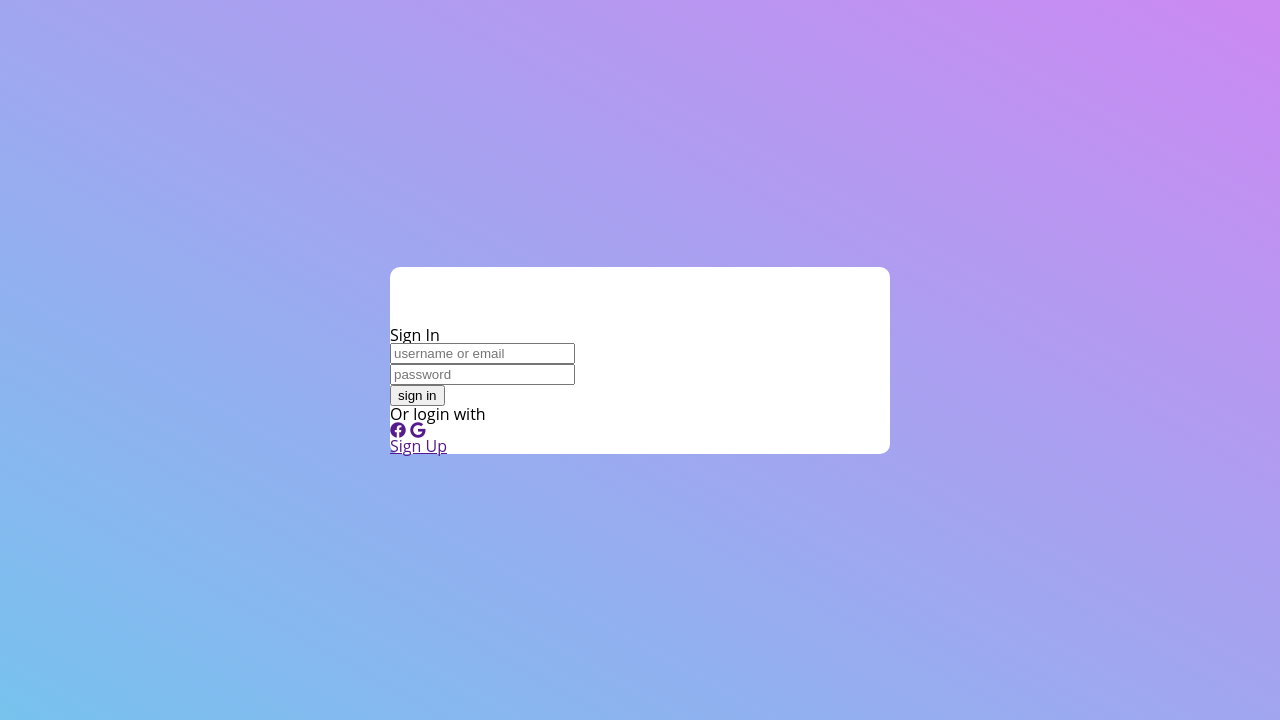
Repository: letrongtinh27/LapTrinhWeb
Page: signin/index.html
The author's editor kept a copy of each file at every save. The page is drawn from the files as they stood at one save, then again after the next save.
The browser window is 1280 px wide. The pictures show the whole page.

Above is the page before, as saved 2022-10-09 20:30:40.

After the next save:
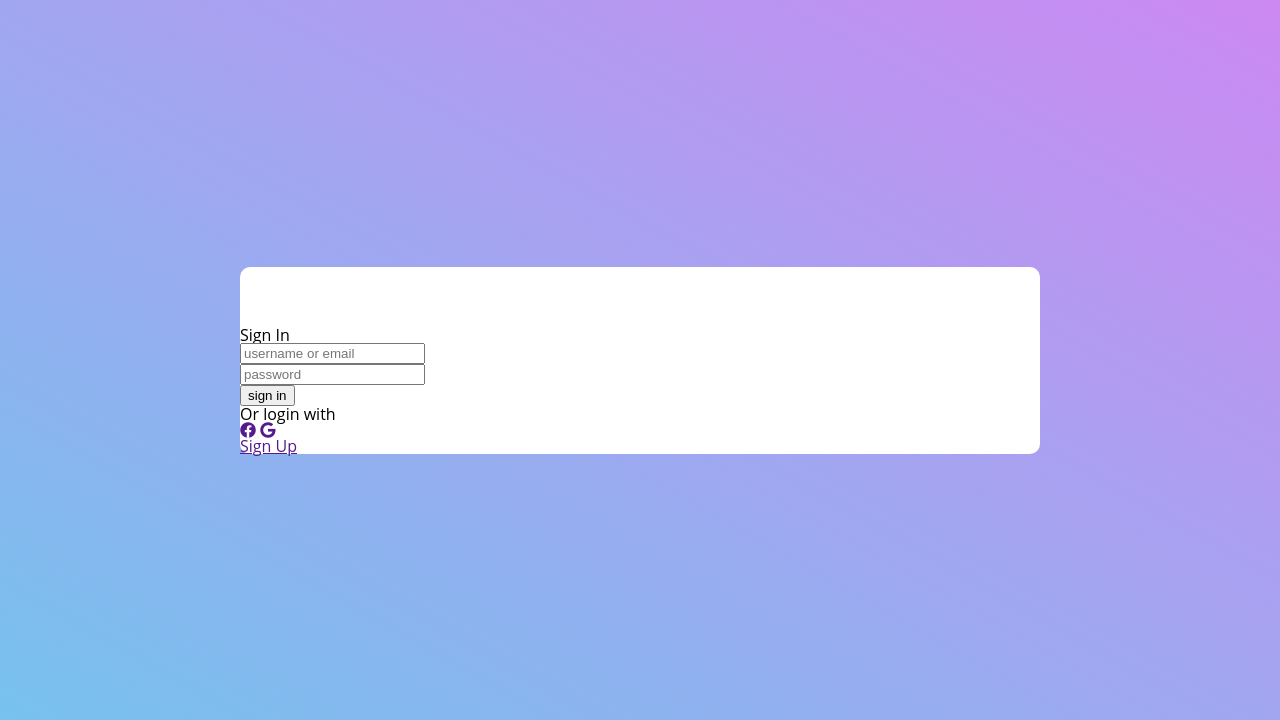
Saved 5 s later.
--- a/signin/style.css
+++ b/signin/style.css
@@ -19,7 +19,7 @@ body {
     background-color: white;
     border-radius: 10px;
     width: 100%;
-    max-width: 500px;
+    max-width: 50rem;
     pad
 
 }
